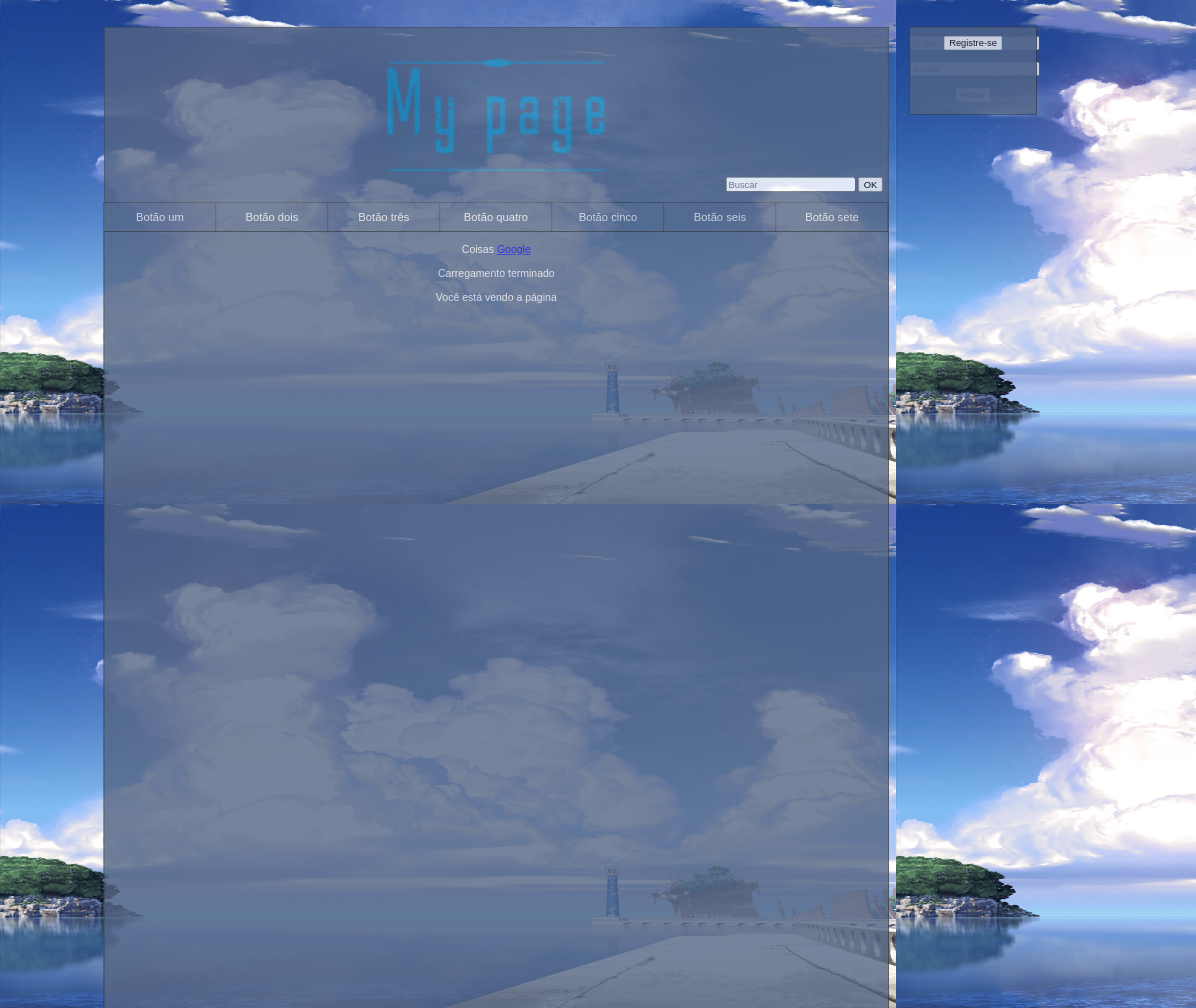
Repository: caioocesar/Comp3
Page: eclipse-workspace/Comput3/WebContent/index.html
The author's editor kept a copy of each file at every save. The page is drawn from the files as they stood at one save, then again after the next save.
The browser window is 1280 px wide. The page is 1709 px wide, so the pictures cover 1709 px, including what lies to the right of the window. The pictures show the part of the page from y = 0 to 1440 px (the page is 1972 px tall), at 70% of full size.
Backgrounds fixed to the window are drawn as part of the page.

Above is the page before, as saved 2019-06-09 13:29:51.

### eclipse-workspace/Comput3/WebContent/index.html

<!DOCTYPE html>


<html lang='pt-BR'>

	<head>
		<title>Minha página</title>
		<meta charset = 'utf-8'>
		<link rel="icon" href="icone.png" type="image/png" />
		<link rel="shortcut icon" href="image.png" type="image/png" />
		<link rel="stylesheet" type="text/css" href="styles.css">
		<meta name="google-site-verification" content="CFRU3GMSVPownkObtOn5ZXQgMvG9pDXRyOME0DqvXx4" />
		<script src="codigo.js"></script>
	</head>

	<body onload="finishLoad()" onpageshow="pageShow()">

		<header>
			<br>
			<form method="POST" action="Login" class="login">
				<label></label><input type="text" name="usuario" id="login" placeholder="Login"><br><br>
				<label></label><input type="password" name="senha" id="senha" placeholder="Senha"><br><br>
				<input type="submit" value="entrar" id="entrar" name="entrar">

			</form>
			<form method="POST" action="Registrar" class="login">
				<button type="submit"value="registrar" id="entrar" name="registrar">Registre-se</button><br>
			</form>

			<img src="logo2.png" width="380px" height="160px" title="My page" alt="Image failed"></img>
			<form class="pesquisa" action=" " method="post" title="Buscar">
  			<label for="busca"></label>
  				<input type="search" id="busca" name="q" placeholder="Buscar">
  				<button type="submit">OK</button>
			</form>

		</header>

		<nav>
		<table>
			<lr>
				<ld class="button" title="Botão">Botão um</ld>
				<ld class="button" title="Botão">Botão dois</ld>
				<ld class="button" title="Botão">Botão três</ld>
				<ld class="button" title="Botão">Botão quatro</ld>
				<ld class="button" title="Botão">Botão cinco</ld>
				<ld class="button" title="Botão">Botão seis</ld>
				<ld class="button" title="Botão">Botão sete</ld>
			</lr>
		</table>
		</nav>

		<section id="secao" >
			<br>Coisas
		<a href="http://www.google.com" target="_blank">Google</a>
		<br>

		</section>

		<footer>
			Caio César, 2019.
		</footer>

	</body>





</html>

### eclipse-workspace/Comput3/WebContent/styles.css
body{
	color:#303030;
	text-align: center;
	/*background-color: #b9babc;*/
	background-image: url("fundo.jpg");
	background-repeat: no-repeat;
	background-attachment: fixed;
	background-position: center top;
	background-size: 100% 100%;
	position: static;
	height:1920px;
	width:1080px;
	border:0;

}

header{
	position: relative;
	text-align: center;
	color: #e0e0e3;
	font-family: Arial, Times;
    font-size: 40px;
    left:140px;
    top:30px;
    display: block;
    width: 1120px;
	height: 250px;
	border-color: #303030;
	border-width: 1px;
	border-style: solid;
	background-color: #536584;
	opacity: 0.8;
	border-bottom: 0;
}

nav{
	text-align: center center;
	color: #e0e0e3;
	font-family: Arial, Times;
    font-size: 15px;
	position: relative;
	display: block;
    width: 1120px;
	height: 40px;
	border-color: #303030;
	border-width: 1px;
	border-style: solid;
	border-bottom: 0;
	background-color: #536584;
	opacity: 0.8;
	left:140px;
	top:30px;

}

form.pesquisa{
	position: relative;
	color: #e0e0e3;
	font-family: Arial, Times;
    font-size: 15px;
    left:440px;
}

form.login{
	padding: 12px 0px;
	text-align: center center;
	background-color: #536584;
	opacity: 0.9;
	position: absolute;
	color: #e0e0e3;
	font-family: Arial, Times;
    font-size: 14px;
	border-color: #303030;
	border-width: 1px;
	border-style: solid;
	width: 180px;
	height: 100px;
	top:-1px;
	left:1150px;
}


.button {
  background-color: #536584; /* Green */
  border-right: 0.2px solid #303030;
  border-collapse: collapse;
  color: #e0e0e3;
  padding: 10.5px 32px;
  text-align: center center;
  text-decoration: none;
  display: table-cell;
  font-size: 16px;
  width: 100px;
  height: 20px;
}

.button:hover {
  cursor: pointer;
  background-color: #6f7f9d; /* Green */
  color: #e0e0e3;
}


section{
	position: relative;
	text-align: center;
	color: #e0e0e3;
	background-color: #536584;
	opacity: 0.8;
	font-family: Arial, Times;
	font-size: 15px;
	display: block;
	border-color: #303030;
	border-width: 1px;
	border-style: solid;
	width: 1120px;
	height: 1600px;
	top:30px;
	left:140px;
}

footer{
	padding: 12px 0px;
    position: relative;
    text-align: center center;
    color: white;
	background-color: #303030;
	opacity: 0.5;
	font-family: Arial, Times;
    font-size: 12px;
    display: block;
    width: 1120px;
	height: 14px;
	top:30px;
	left:140px;
	border-color: #303030;
	border-width: 1px;
	border-style: solid;
}

### eclipse-workspace/Comput3/WebContent/codigo.js
function finishLoad()
{
	document.getElementById("secao").innerHTML += "<br>Carregamento terminado<br>";
}

function pageShow()
{
	document.getElementById("secao").innerHTML += "<br>Você está vendo a página<br>";
}

After the next save:
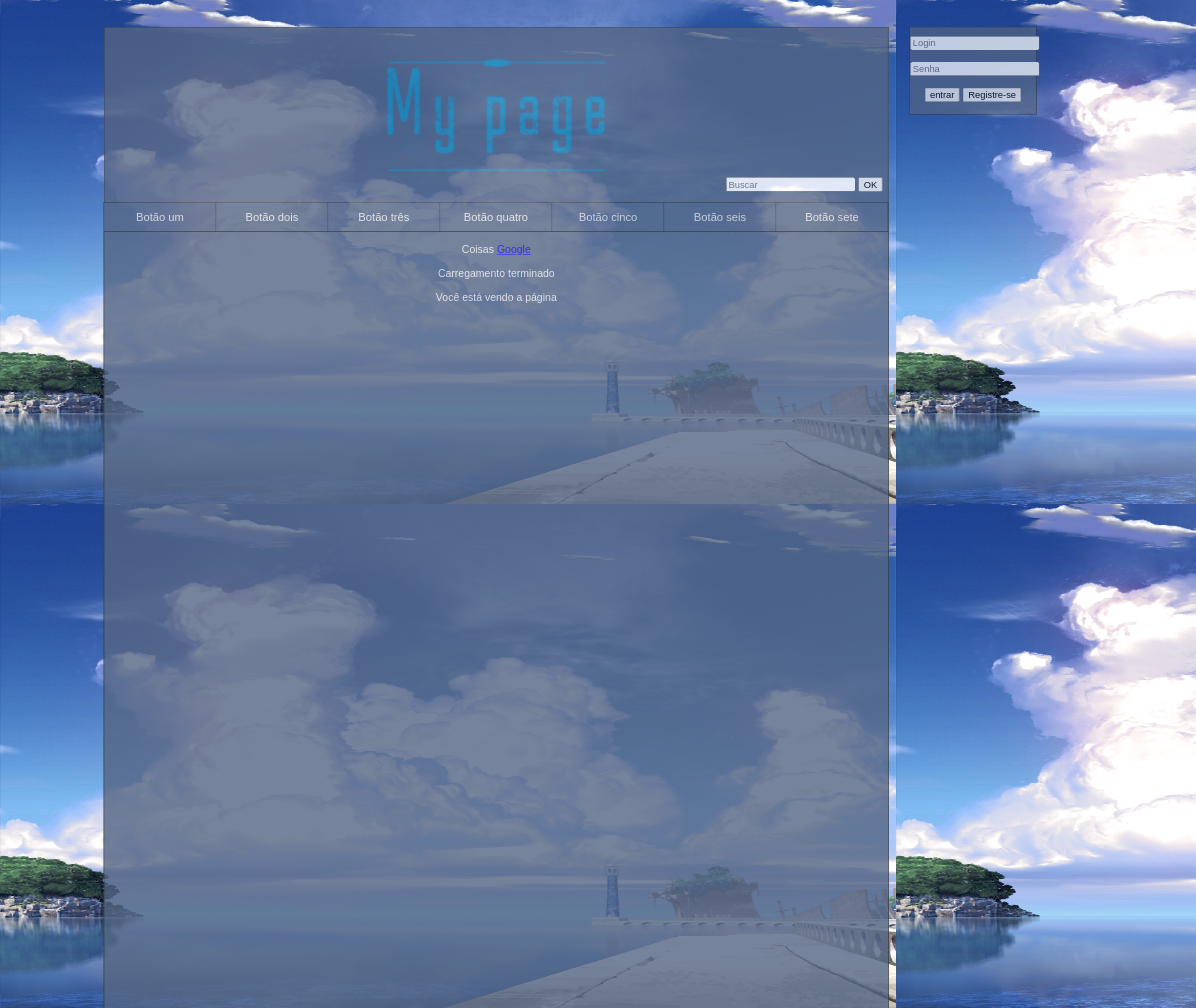
Saved 31 s later.
--- a/eclipse-workspace/Comput3/WebContent/index.html
+++ b/eclipse-workspace/Comput3/WebContent/index.html
@@ -21,12 +21,12 @@
 			<form method="POST" action="Login" class="login">
 				<label></label><input type="text" name="usuario" id="login" placeholder="Login"><br><br>
 				<label></label><input type="password" name="senha" id="senha" placeholder="Senha"><br><br>
-				<input type="submit" value="entrar" id="entrar" name="entrar">
+				<input type="submit" value="entrar" id="entrar" name="entrar"><form method="POST" action="Registrar">
+				<button type="submit"value="registrar" id="entrar" name="registrar">Registre-se</button><br>
+			</form>
 
 			</form>
-			<form method="POST" action="Registrar" class="login">
-				<button type="submit"value="registrar" id="entrar" name="registrar">Registre-se</button><br>
-			</form>
+
 
 			<img src="logo2.png" width="380px" height="160px" title="My page" alt="Image failed"></img>
 			<form class="pesquisa" action=" " method="post" title="Buscar">
